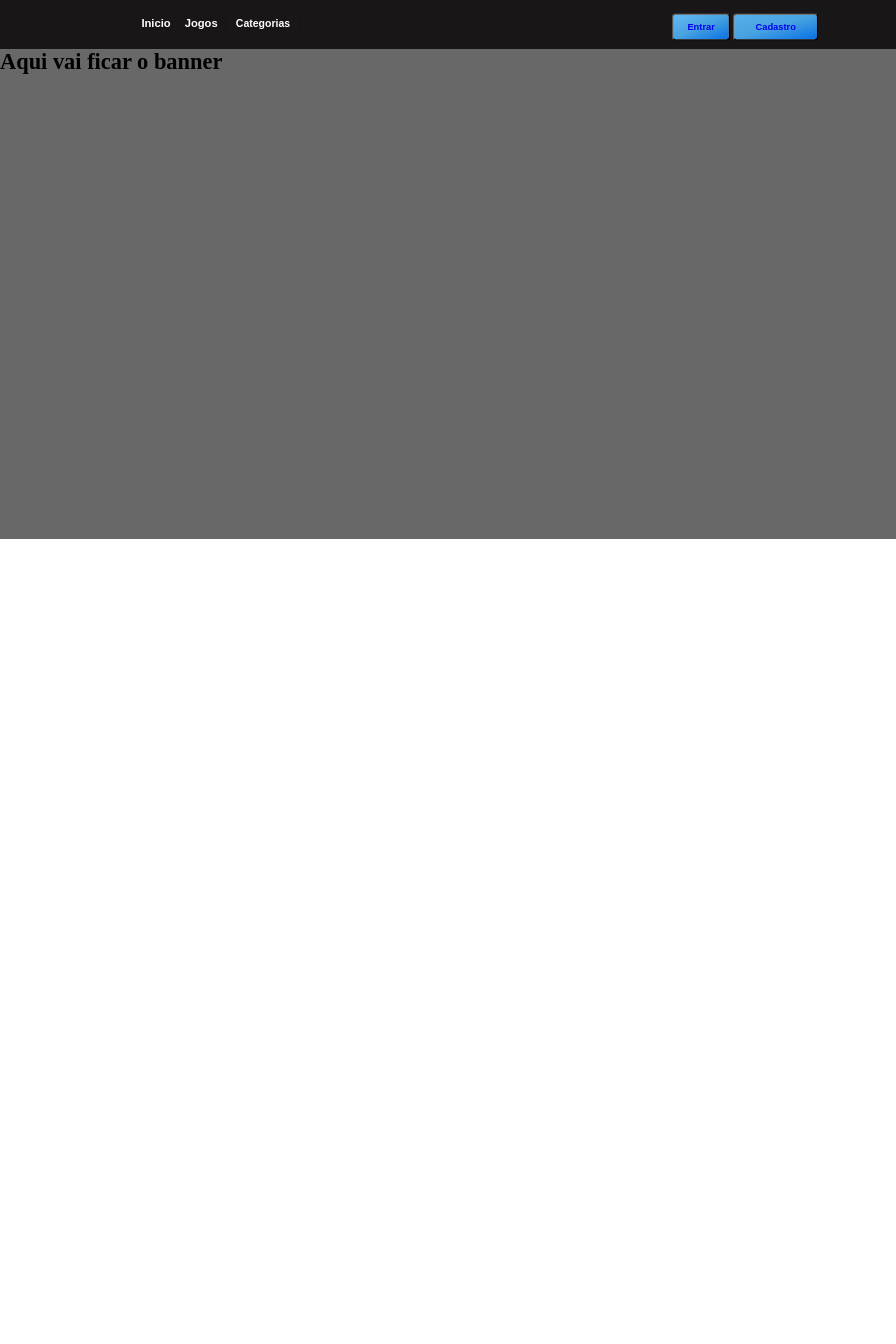
Repository: MarcoantonioCaldeira/Projeto-Go-Gamming
Page: /
The author's editor kept a copy of each file at every save. The page is drawn from the files as they stood at one save, then again after the next save.
The browser window is 1280 px wide. The pictures show the part of the page from y = 0 to 1920 px (the page is 3570 px tall), at 70% of full size.
The project was rebuilt for these pictures with package versions that can differ from the ones it lists, and the page was loaded fresh each time. Also part of the build but not shown: src/pages/Jogos/Jogos.js, src/pages/Categorias/Acao.js, src/pages/Categorias/Aventura.js, src/pages/Categorias/Arcades.js, src/pages/Categorias/Familia.js, src/pages/Categorias/Independentes.js, src/pages/Categorias/Jogos_RPG.js, src/pages/Categorias/Gratuitos.js and 4 more.

Above is the page before, as saved 2023-02-13 17:58:16.

After the next save:
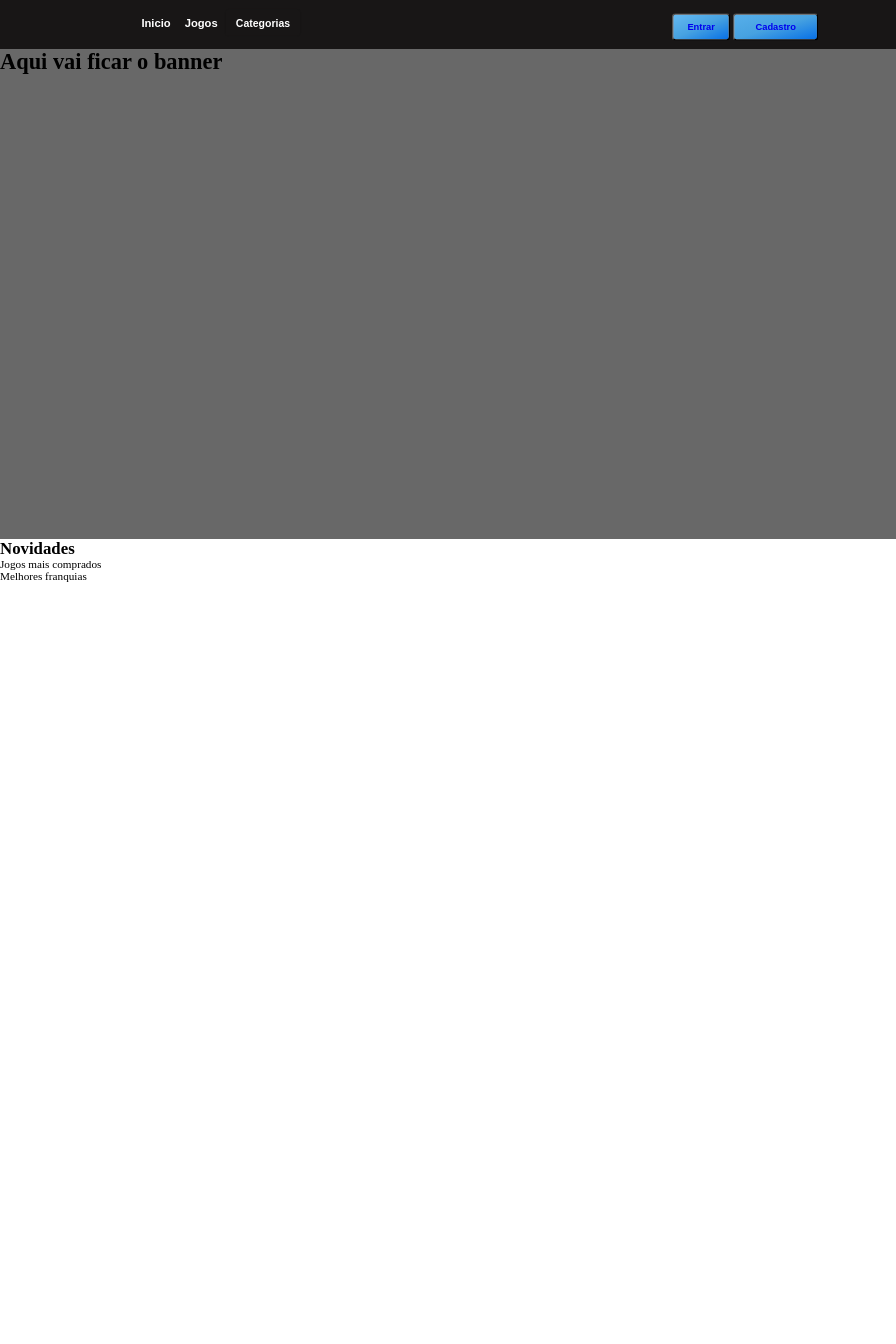
Saved 12 min 12 s later.
--- a/src/pages/Inicio/Inicio.js
+++ b/src/pages/Inicio/Inicio.js
@@ -11,7 +11,21 @@
                 <h1>Aqui vai ficar o banner</h1>
             </div>
             <div id="Corpo_Site">
+                <h2>Novidades</h2>
+                <div>
 
+                </div>
+
+                Jogos mais comprados
+                <div>
+
+                </div>
+
+
+                Melhores franquias
+                <div>
+
+                </div>
             </div>
             <Rodape />
         </div>
